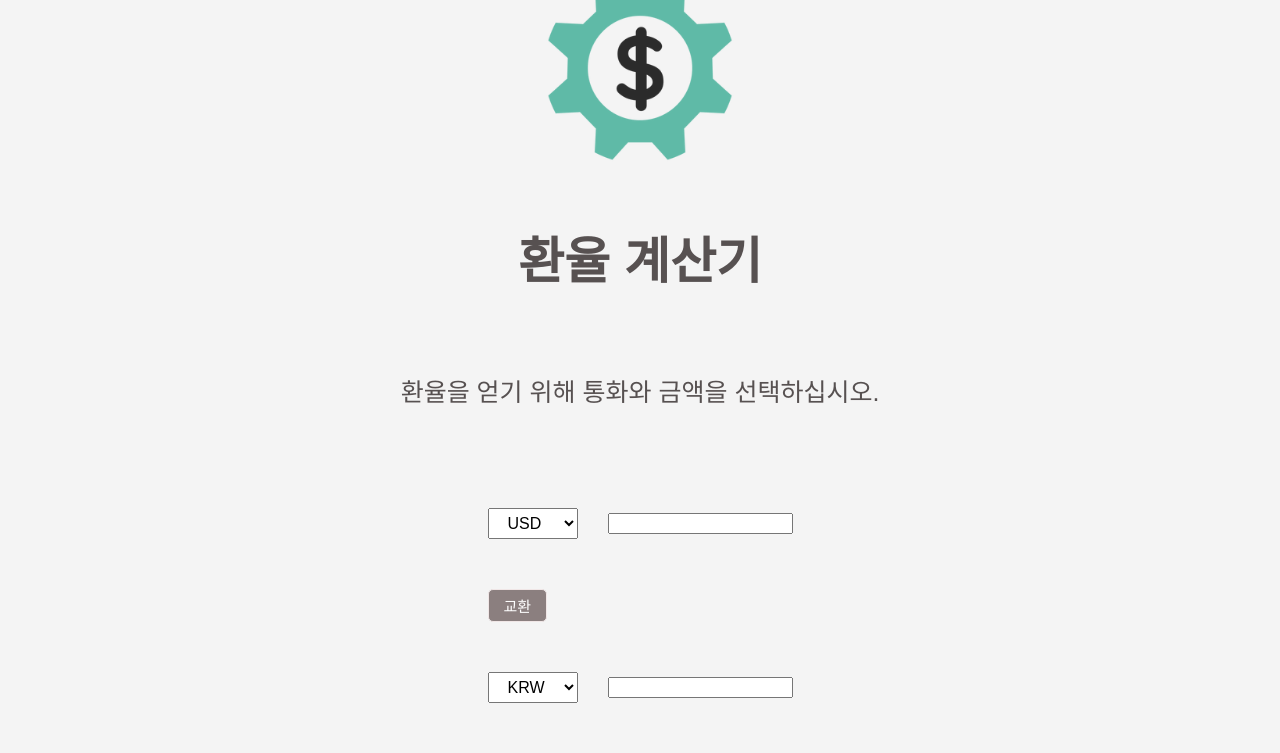
Repository: AbrorjonKuchkarov/exchange-rate
Page: index.html
An editor plug-in stored every save of this project. The page is shown before and after the next save, followed by the edit.
The browser window is 1280 px wide. The pictures show the whole page.

Above is the page before, as saved 2022-02-24 01:36:06.

### index.html
<!DOCTYPE html>
<html lang="en">
<head>
   <meta charset="UTF-8">
   <meta http-equiv="X-UA-Compatible" content="IE=edge">
   <meta name="viewport" content="width=device-width, initial-scale=1.0">
<link rel="stylesheet" href="style.css">
   <title>환율</title>
</head>
<body>
   <img src="img/money.png" alt="">
   <h1>환율 계산기 </h1>
   <p>환율을 얻기 위해 통화와 금액을 선택하십시오.</p>

   <div class="container">
      <div class="currency">
         <select id="selectOne">
            <option value="AED">AED</option>
            <option value="ARS">ARS</option>
            <option value="AUD">AUD</option>
            <option value="BGN">BGN</option>
            <option value="BRL">BRL</option>
            <option value="BSD">BSD</option>
            <option value="CAD">CAD</option>
            <option value="CHF">CHF</option>
            <option value="CLP">CLP</option>
            <option value="CNY">CNY</option>
            <option value="COP">COP</option>
            <option value="CZK">CZK</option>
            <option value="DKK">DKK</option>
            <option value="DOP">DOP</option>
            <option value="EGP">EGP</option>
            <option value="EUR">EUR</option>
            <option value="FJD">FJD</option>
            <option value="GBP">GBP</option>
            <option value="GTQ">GTQ</option>
            <option value="HKD">HKD</option>
            <option value="HRK">HRK</option>
            <option value="HUF">HUF</option>
            <option value="IDR">IDR</option>
            <option value="ILS">ILS</option>
            <option value="INR">INR</option>
            <option value="ISK">ISK</option>
            <option value="JPY">JPY</option>
            <option value="KRW">KRW</option>
            <option value="KZT">KZT</option>
            <option value="MXN">MXN</option>
            <option value="MYR">MYR</option>
            <option value="NOK">NOK</option>
            <option value="NZD">NZD</option>
            <option value="PAB">PAB</option>
            <option value="PEN">PEN</option>
            <option value="PHP">PHP</option>
            <option value="PKR">PKR</option>
            <option value="PLN">PLN</option>
            <option value="PYG">PYG</option>
            <option value="RON">RON</option>
            <option value="RUB">RUB</option>
            <option value="SAR">SAR</option>
            <option value="SEK">SEK</option>
            <option value="SGD">SGD</option>
            <option value="THB">THB</option>
            <option value="TRY">TRY</option>
            <option value="TWD">TWD</option>
            <option value="UAH">UAH</option>
            <option value="USD" selected>USD</option>
            <option value="UYU">UYU</option>
            <option value="VND">VND</option>
            <option value="ZAR">ZAR</option>
         </select>
         <input type="number" class="inputOne" >
      </div>

      <div class="swap">
         <button class="btn">교환</button>
         <div class="rate"></div>
      </div>

      <div class="currency">
         <select id="selectTwo">
         <option value="AED">AED</option>
         <option value="ARS">ARS</option>
         <option value="AUD">AUD</option>
         <option value="BGN">BGN</option>
         <option value="BRL">BRL</option>
         <option value="BSD">BSD</option>
         <option value="CAD">CAD</option>
         <option value="CHF">CHF</option>
         <option value="CLP">CLP</option>
         <option value="CNY">CNY</option>
         <option value="COP">COP</option>
         <option value="CZK">CZK</option>
         <option value="DKK">DKK</option>
         <option value="DOP">DOP</option>
         <option value="EGP">EGP</option>
         <option value="EUR">EUR</option>
         <option value="FJD">FJD</option>
         <option value="GBP">GBP</option>
         <option value="GTQ">GTQ</option>
         <option value="HKD">HKD</option>
         <option value="HRK">HRK</option>
         <option value="HUF">HUF</option>
         <option value="IDR">IDR</option>
         <option value="ILS">ILS</option>
         <option value="INR">INR</option>
         <option value="ISK">ISK</option>
         <option value="JPY">JPY</option>
         <option value="KRW" selected>KRW</option>
         <option value="KZT">KZT</option>
         <option value="MXN">MXN</option>
         <option value="MYR">MYR</option>
         <option value="NOK">NOK</option>
         <option value="NZD">NZD</option>
         <option value="PAB">PAB</option>
         <option value="PEN">PEN</option>
         <option value="PHP">PHP</option>
         <option value="PKR">PKR</option>
         <option value="PLN">PLN</option>
         <option value="PYG">PYG</option>
         <option value="RON">RON</option>
         <option value="RUB">RUB</option>
         <option value="SAR">SAR</option>
         <option value="SEK">SEK</option>
         <option value="SGD">SGD</option>
         <option value="THB">THB</option>
         <option value="TRY">TRY</option>
         <option value="TWD">TWD</option>
         <option value="UAH">UAH</option>
         <option value="USD">USD</option>
         <option value="UYU">UYU</option>
         <option value="VND">VND</option>
         <option value="ZAR">ZAR</option>
      </select>
      <input type="number" class="inputTwo" >
      </div>
   </div>




   <script src="app.js"></script>
</body>
</html>

### style.css
*{
   box-sizing: border-box;
}

body {
   font-family: Arial, Helvetica, sans-serif;
   margin: 0;
   display: flex;
   flex-direction: column;
   align-items: center;
   justify-content: center;
   height: 100vh;
   background-color: #f4f4f4;
   padding: 10px;
}

img {
   width: 200px;
}

h1{
   font-size: 50px;
   color: #575151;
   padding: 20px 0;
}

p{
   color: #575151;
   font-size: 25px;
   padding-bottom: 25px;
   text-align: center;
}

.btn{
   padding: 5px 15px;
   border-radius: 5px;
   border: 1px solid #f0e6e6;
   background-color: #8b7f7f;
   color: #fff;
   cursor: pointer;
   font-size: 15px;
}

.currency {
   margin: 30px 0;
   padding: 20px 0;
    display: flex;
   align-items: center;
   justify-content: space-between;
}

#selectOne,
#selectTwo{
   margin-right: 30px;
   font-size: 16px;
   padding: 5px 15px;

}

Loaded but not shown: app.js (no copy from this time; the picture is the same without it)

After the next save:
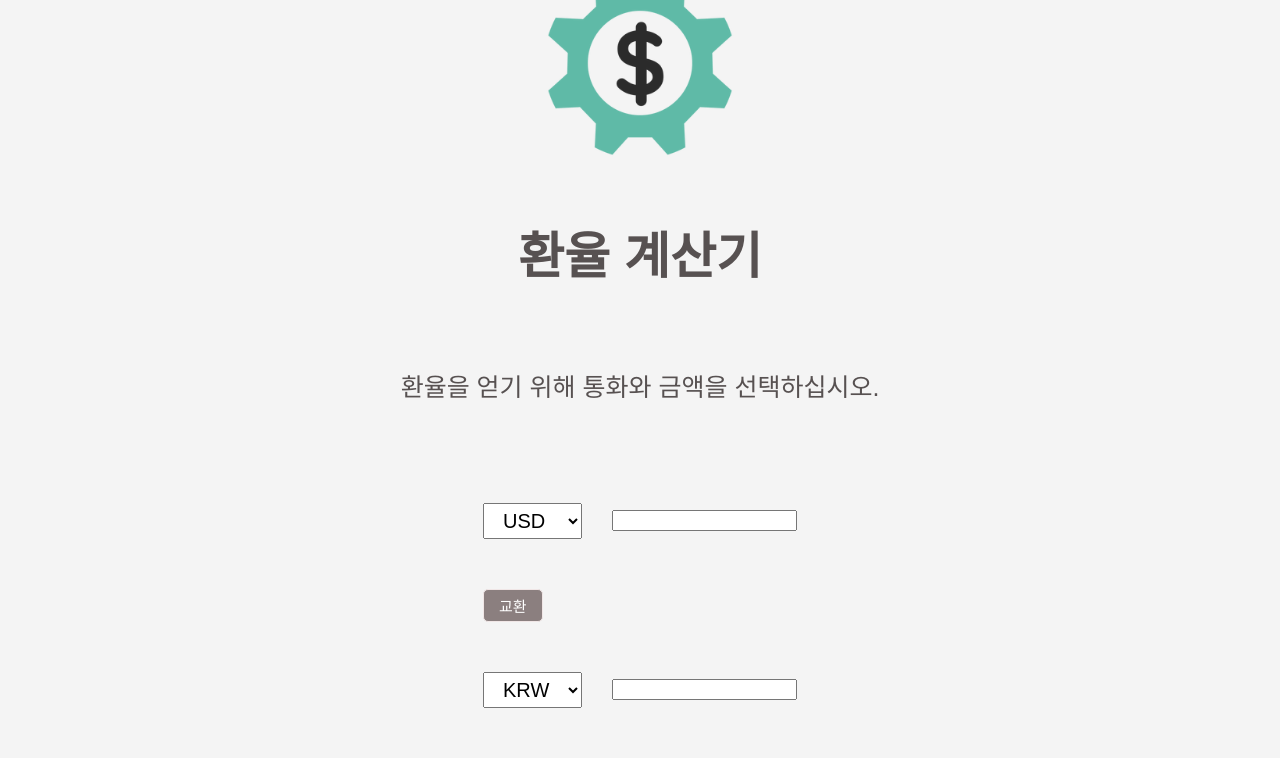
Saved 10 s later.
--- a/style.css
+++ b/style.css
@@ -52,7 +52,7 @@ p{
 #selectOne,
 #selectTwo{
    margin-right: 30px;
-   font-size: 16px;
+   font-size: 20px;
    padding: 5px 15px;
 
 }
